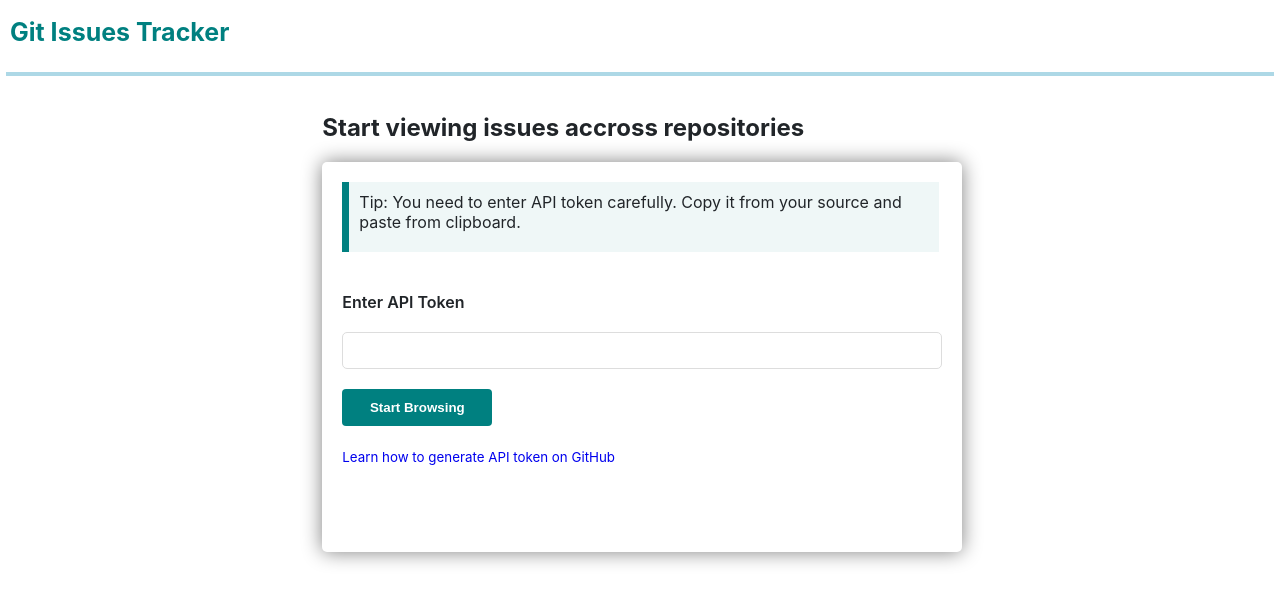
Repository: duzzisantos/github-repos-react-graphql
Page: /
The author's editor kept a copy of each file at every save. The page is drawn from the files as they stood at one save, then again after the next save.
The browser window is 1280 px wide. The page is 1285 px wide, so the pictures cover 1285 px, including what lies to the right of the window. The pictures show the whole page.
The project was rebuilt for these pictures with package versions that can differ from the ones it lists, and the page was loaded fresh each time. Also part of the build but not shown: src/App.css, src/components/table/Filters.tsx, src/components/table/Pagination.tsx, src/components/table/TableComponent.tsx, src/components/table/columnHelpers.ts, src/utilities/funtions.ts, src/pages/Repositories.tsx, src/components/cards/Cards.tsx and 1 more.

Above is the page before, as saved 2024-06-17 18:04:12.

After the next save:
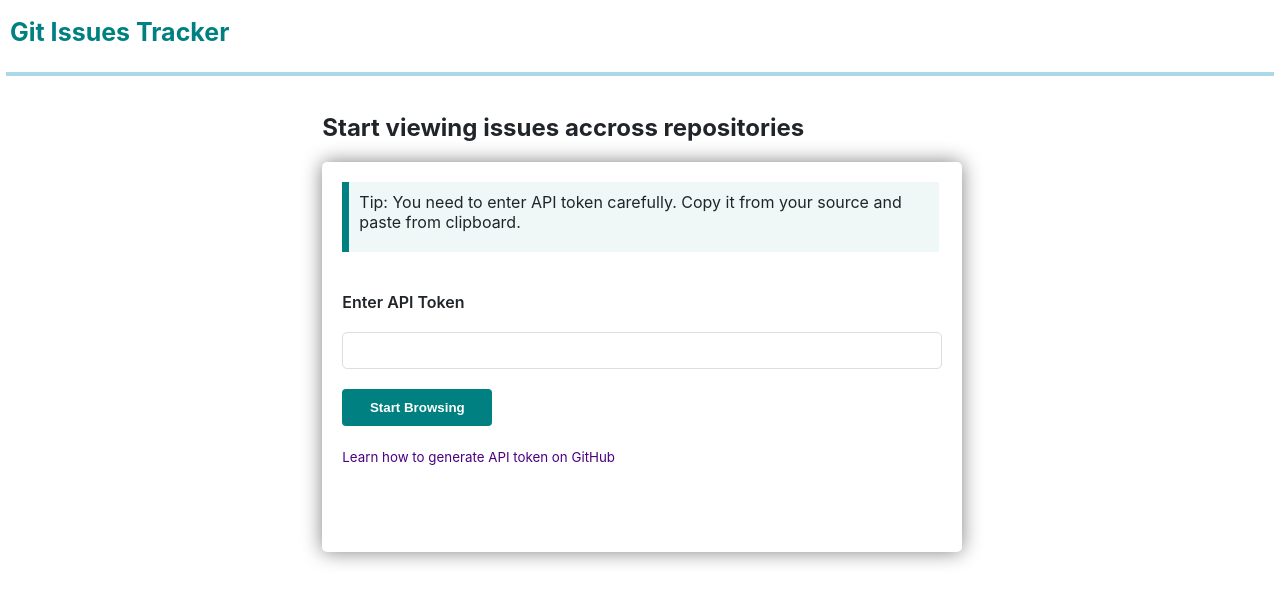
Saved 26 s later.
--- a/src/App.scss
+++ b/src/App.scss
@@ -85,4 +85,5 @@ input {
 
 .read-docs {
   text-decoration-line: none;
+  color: indigo;
 }
